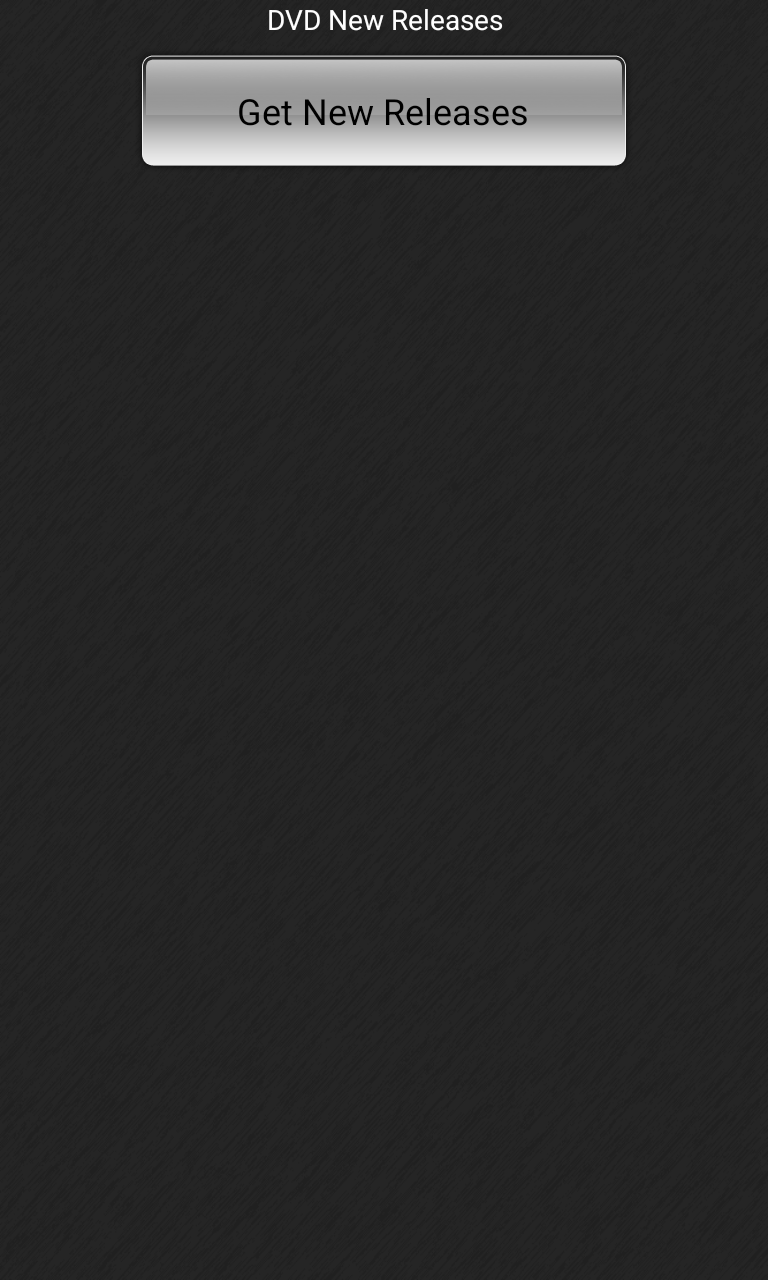
Repository: efreestone/Java2_Freestone
Layout: Java2Project2/res/layout/activity_main.xml
The author's editor kept a copy of each file at every save. The layout is drawn from the files as they stood at one save, then again after the next save.
It is drawn on a 768 x 1280 px phone screen (xhdpi) without system bars, with theme AppTheme; the app's code is not run. Lists and similar views that code fills are empty.

Above is the layout before, as saved 2014-05-15 16:54:57.

After the next save:
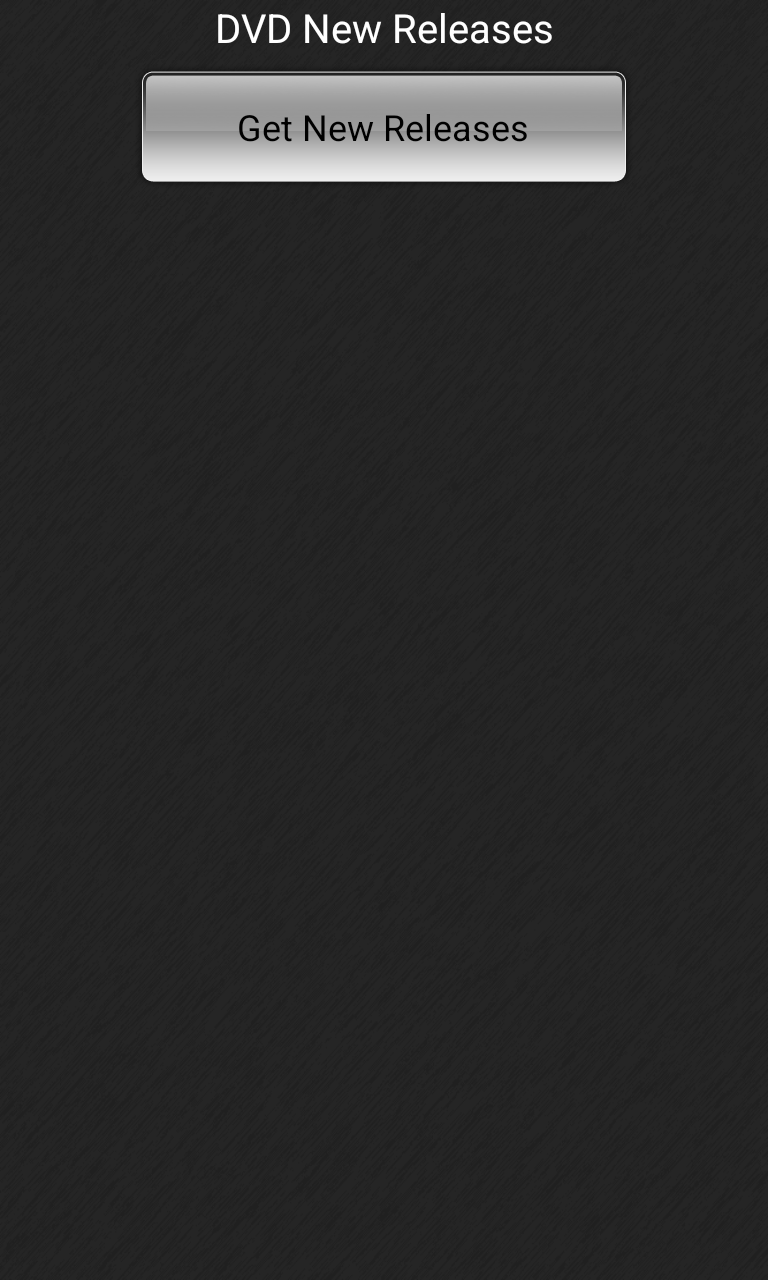
Saved 6 min 2 s later.
--- a/Java2Project2/res/layout/activity_main.xml
+++ b/Java2Project2/res/layout/activity_main.xml
@@ -12,7 +12,8 @@
         android:layout_height="wrap_content"
         android:gravity="center"
         android:text="@string/titleString"
-        android:textColor="#ffffff" />
+        android:textColor="#ffffff"
+        android:textSize="20dp"/>
 
     <Button
         android:id="@+id/newReleaseButton"
